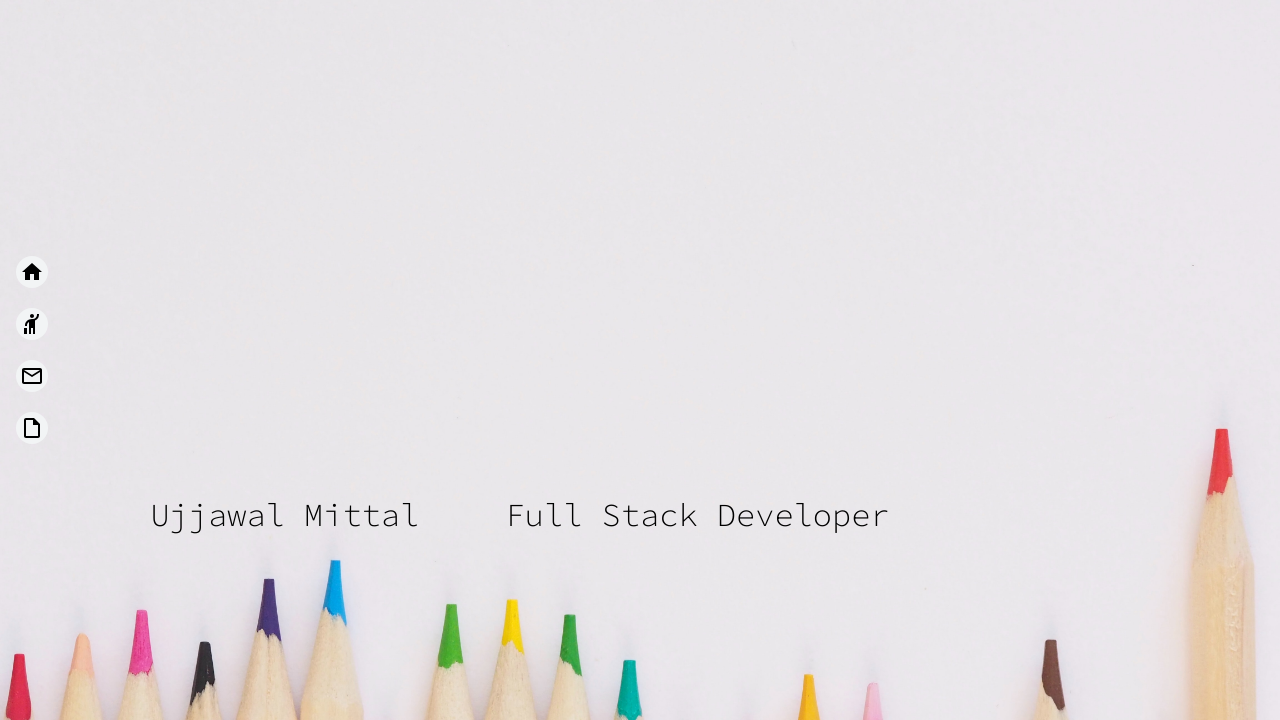
Repository: ujjawalmittal55/portfolio1
Page: /
The author's editor kept a copy of each file at every save. The page is drawn from the files as they stood at one save, then again after the next save.
The browser window is 1280 px wide. The pictures show the whole page.
The project was rebuilt for these pictures with package versions that can differ from the ones it lists, and the page was loaded fresh each time.

Above is the page before, as saved 2022-05-04 22:45:22.

After the next save:
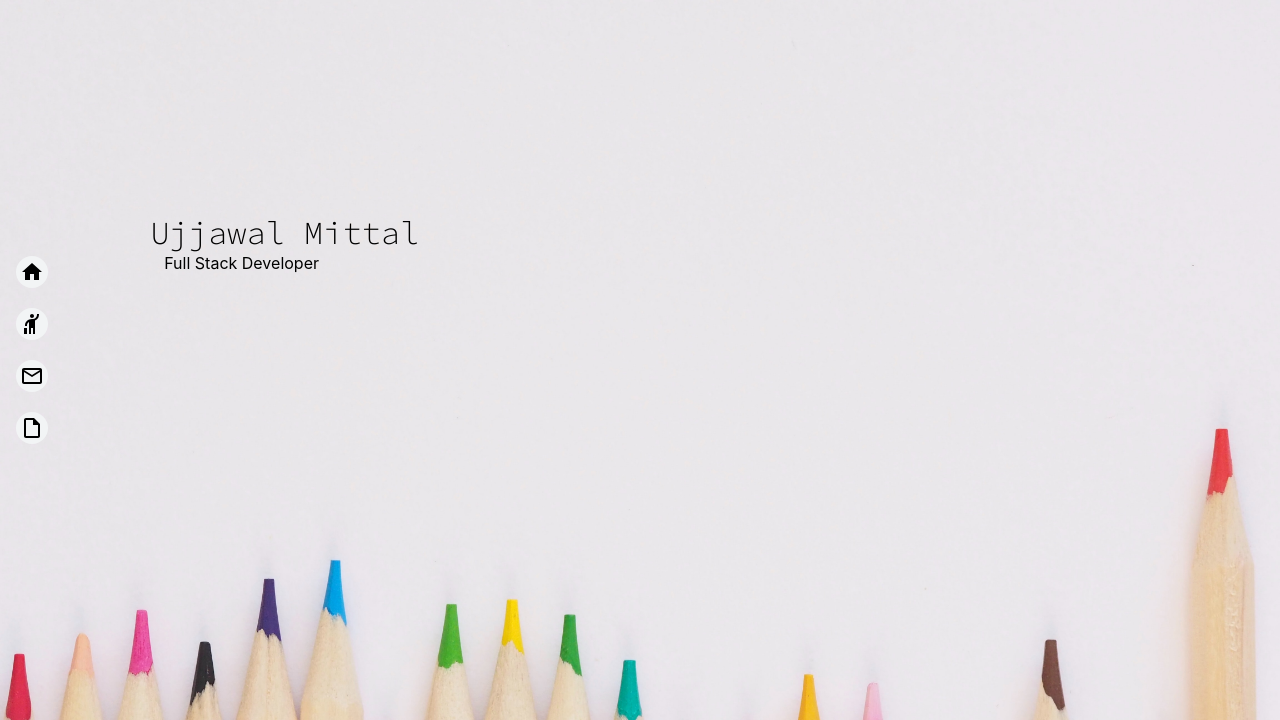
Saved 10 s later.
--- a/src/Display.tsx
+++ b/src/Display.tsx
@@ -4,13 +4,14 @@ function Display() {
   return (
     <div className="display">
         <div className="display-div">
-            </div>
-    <div className="name">
+            <div className="name">
     Ujjawal Mittal
     </div>
-    <div className="name">
+    <div className="role">
     Full Stack Developer
     </div>
+            </div>
+
     </div>
   )
 }
